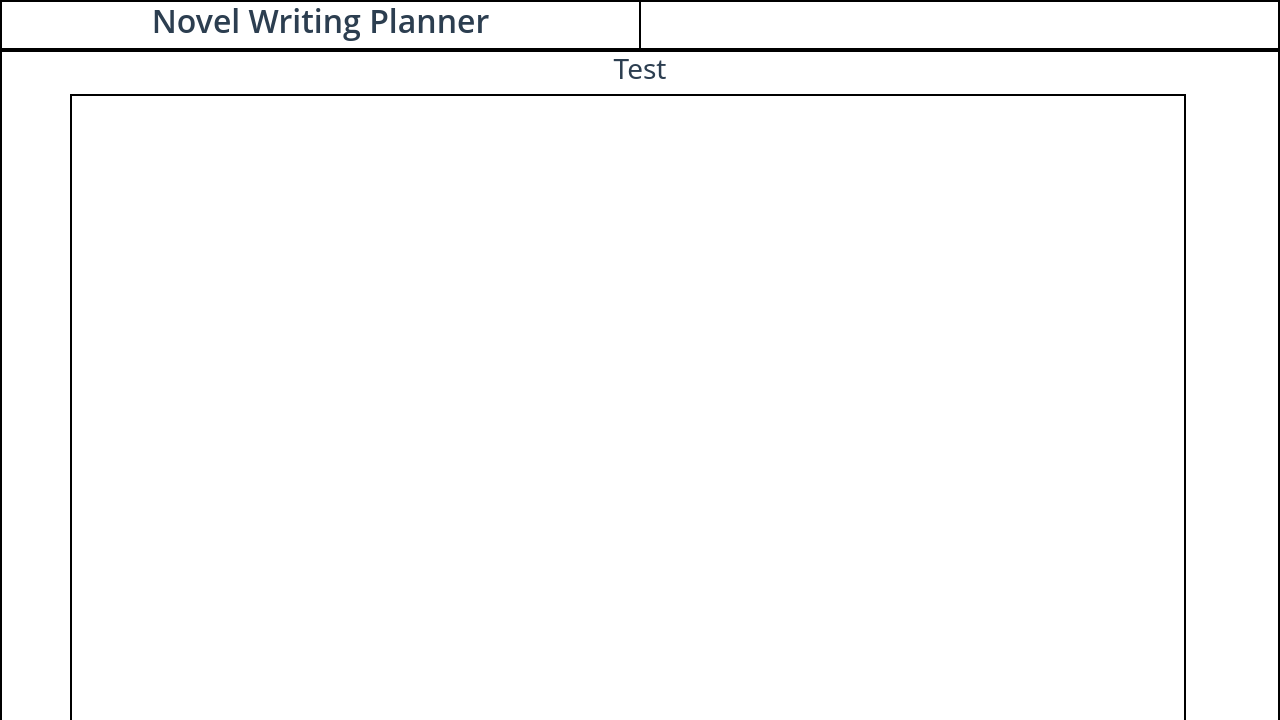
Repository: GossipCoco/RallyeBookV2
Page: /
The author's editor kept a copy of each file at every save. The page is drawn from the files as they stood at one save, then again after the next save.
The browser window is 1280 px wide. The pictures show the whole page.
The page's requests for data from a server got no answer. The project was rebuilt for these pictures with package versions that can differ from the ones it lists, and the page was loaded fresh each time. No one was signed in, and anything a server would have sent is missing. Also part of the build but not shown: vue.config.js, src/api/JwTApi.js, server.js, src/components/PageComponent/Login.vue.

Above is the page before, as saved 2023-12-11 15:37:46.

### src/main.js
import { createApp } from 'vue'
import App from './App.vue'
import Router from './Router/Index'
import axios from 'axios'
import VueAxios from 'vue-axios'
import Vuex from 'vuex'
import store from "./store"
// import io from 'socket.io-client'
import { library } from '@fortawesome/fontawesome-svg-core'
import { faCat, faEnvelope, faGamepad, faHome, faHouseUser, faUser, faUserAlt, faUserCog, faUsers } from '@fortawesome/free-solid-svg-icons'
import { FontAwesomeIcon } from '@fortawesome/fontawesome-free'

import 'bootstrap/dist/css/bootstrap.css'
import './assets/css/Layout.css'
import './assets/css/Card.css'


library.add(faUser, faHouseUser, faGamepad, faUser, faHome, faEnvelope, faUserCog, faCat, faUserAlt, faUsers, faCat)
const app = createApp(App)

app.use(FontAwesomeIcon)
app.use(Vuex)
app.use(store)
app.use(Router)
app.use(VueAxios, axios)
app.mount('#app')

### src/App.vue
<template>
  <div class="container-fluid">
    <div class="row">
      <div class="col-6">
        <h1>Novel Writing Planner</h1>
      </div>
      <div class="col-6"></div>
    </div>
    <div class="row">
      <div class="col-12">
      <router-view></router-view>
      </div>
    </div>
  </div>
</template>

<script>
export default {
  name: "App",
};
</script>

<style>
#app {
  -webkit-font-smoothing: antialiased;
  -moz-osx-font-smoothing: grayscale;
  text-align: center;
  color: #2c3e50;
}
</style>

### src/Router/Index.js
import { createWebHistory, createRouter } from "vue-router";
import Home from '../components/PageComponent/Home.vue'
import Login from '../components/PageComponent/Login.vue'

const routes = [
  {
    path: "/",
    name: "home",
    component: Home,
  },
  {
    path: "/home",
    component: Home,
  },
  {
    path: "/login",
    component: Login,
  },
]

const router = createRouter({
    history: createWebHistory(),
    routes,
  });

  export default router;

### src/store/index.js
import { createStore } from "vuex";
import { auth } from "./auth.module";
export default createStore({
  modules: {
    auth,
  },
  state: {},
  mutations: {},
  actions: {},
});

### src/assets/css/Layout.css
@import './variables.scss';

html,
body {
    height: 100vh;
    overflow-y: hidden;
    overflow-x: hidden;
    scroll-behavior: smooth;
    background-size: cover;
    background-position: 10%;
}
.logo{
    width: 25vh;
}
.login-page{
    overflow: auto;
    height: 55vh;
}
#profile-img{
    width: 20px;
}
h1{
    font-family: var(--opensans-text);
    font-weight: 600;
    font-size: 2rem;
}
.row, .col,
.col-1, .col-2, .col-3, .col-4, .col-5, .col-6, .col-7, .col-8, .col-9, .col-10, .col-11, .col-12{
    border: 1px solid rgba(var(--main-black), 1);
}
main{
    height: 100vh;
    width: 100%;
}

### src/components/PageComponent/Home.vue
<template>
  <div class="container">
    <header class="jumbotron">
      <h3>Test</h3>
    </header>
    <main class="row">
      <div class="col-12">
        <router-view></router-view>
      </div>
    </main>
  </div>
</template>

  <script>
import UserService from "../../Services/user.service";

export default {
  name: "Home",
  data() {
    return {
      content: "",
      user: "coco",
    };
  },
  mounted() {
    UserService.getPublicContent().then(
      (response) => {
        this.content = response.data;
      },
      (error) => {
        this.content =
          (error.response &&
            error.response.data &&
            error.response.data.message) ||
          error.message ||
          error.toString();
      }
    );
  },
};
</script>

### src/store/auth.module.js
import AuthService from '../Services/auth.service';

const user = JSON.parse(localStorage.getItem('user'));
const initialState = user
  ? { status: { loggedIn: true }, user }
  : { status: { loggedIn: false }, user: null };

export const auth = {
  namespaced: true,
  state: initialState,
  actions: {
    login({ commit }, user) {
      return AuthService.login(user).then(
        user => {
          commit('loginSuccess', user);
          return Promise.resolve(user);
        },
        error => {
          commit('loginFailure');
          return Promise.reject(error);
        }
      );
    },
    logout({ commit }) {
      AuthService.logout();
      commit('logout');
    },
    register({ commit }, user) {
      return AuthService.register(user).then(
        response => {
          commit('registerSuccess');
          return Promise.resolve(response.data);
        },
        error => {
          commit('registerFailure');
          return Promise.reject(error);
        }
      );
    }
  },
  mutations: {
    loginSuccess(state, user) {
      state.status.loggedIn = true;
      state.user = user;
    },
    loginFailure(state) {
      state.status.loggedIn = false;
      state.user = null;
    },
    logout(state) {
      state.status.loggedIn = false;
      state.user = null;
    },
    registerSuccess(state) {
      state.status.loggedIn = false;
    },
    registerFailure(state) {
      state.status.loggedIn = false;
    }
  }
};

### src/assets/css/variables.scss
@import './Roboto.css';
@import './OpenSans.css';
@import './MeriendaMedium.css';
@import './MeriendaRegular.css';

:root{
    --opensans-text: 'Open Sans', sans-serif;
    --roboto-text: 'Roboto', sans-serif;

    --main-white: 255, 255, 255;
    --main-black: 0,0,0;
    --main-grey-background: 249, 251, 253;
    --dark-green-01: 0, 75, 66;
    --dark-green-02: 61, 111, 52;
    --middle-green-01: 3, 152, 134;
    --middle-green-02: 58, 174, 134;
    --clear-green-01: 146, 200, 66;
    --clear-green-02: 89, 207, 187;
}

### src/assets/css/Roboto.css
/* roboto */
@font-face {
    font-family: 'Roboto';
    font-style: normal;
    font-weight: 400;
    src: local('../fonts/Roboto/Roboto-Regular.ttf'),
         url('../fonts/Roboto/Roboto-Regular.ttf') format('ttf'), /* Super Modern Browsers */
  }

### src/assets/css/OpenSans.css
@font-face {
    font-family: 'Open Sans';
    font-style: normal;
    font-weight: 400;
    src: local('../fonts/OpenSans/OpenSans-Regular.ttf'),
         url('../fonts/OpenSans/OpenSans-Regular.ttf') format('ttf'), /* Super Modern Browsers */
  }

### src/assets/css/MeriendaMedium.css
@font-face {
    font-family: 'Open Sans';
    font-style: normal;
    font-weight: 400;
    src: local('../fonts/Merienda/Merienda-Medium.ttf'),
         url('../fonts/Merienda/Merienda-Medium.ttf') format('ttf'), /* Super Modern Browsers */
  }

### src/assets/css/MeriendaRegular.css
@font-face {
    font-family: 'Open Sans';
    font-style: normal;
    font-weight: 400;
    src: local('../fonts/Merienda/Merienda-Regular.ttf'),
         url('../fonts/Merienda/Merienda-Regular.ttf') format('ttf'), /* Super Modern Browsers */
  }

### src/Services/user.service.js
import axios from 'axios';
import authHeader from './auth-header';

const API_URL = 'http://localhost:8080/api/test/';

class UserService {
  getPublicContent() {
    return axios.get(API_URL + 'all');
  }

  getUserBoard() {
    return axios.get(API_URL + 'user', { headers: authHeader() });
  }
}

export default new UserService();

### src/Services/auth.service.js
import axios from 'axios';

const API_URL = 'http://localhost:8080/api/auth/';

class AuthService {
  login(user) {
    return axios
      .post(API_URL + 'signin', {
        username: user.username,
        password: user.password
      })
      .then(response => {
        if (response.data.accessToken) {
          localStorage.setItem('user', JSON.stringify(response.data));
        }

        return response.data;
      });
  }

  logout() {
    localStorage.removeItem('user');
  }

  register(user) {
    return axios.post(API_URL + 'signup', {
      username: user.username,
      email: user.email,
      password: user.password
    });
  }
}

export default new AuthService();

### src/Services/auth-header.js
export default function authHeader() {
    let user = JSON.parse(localStorage.getItem('user'));

    if (user && user.accessToken) {
      return { Authorization: 'GossipCoco ' + user.accessToken };
    } else {
      return {};
    }
  }

Loaded but not shown: public/index.html (common file); src/assets/css/Card.css (common file)

After the next save:
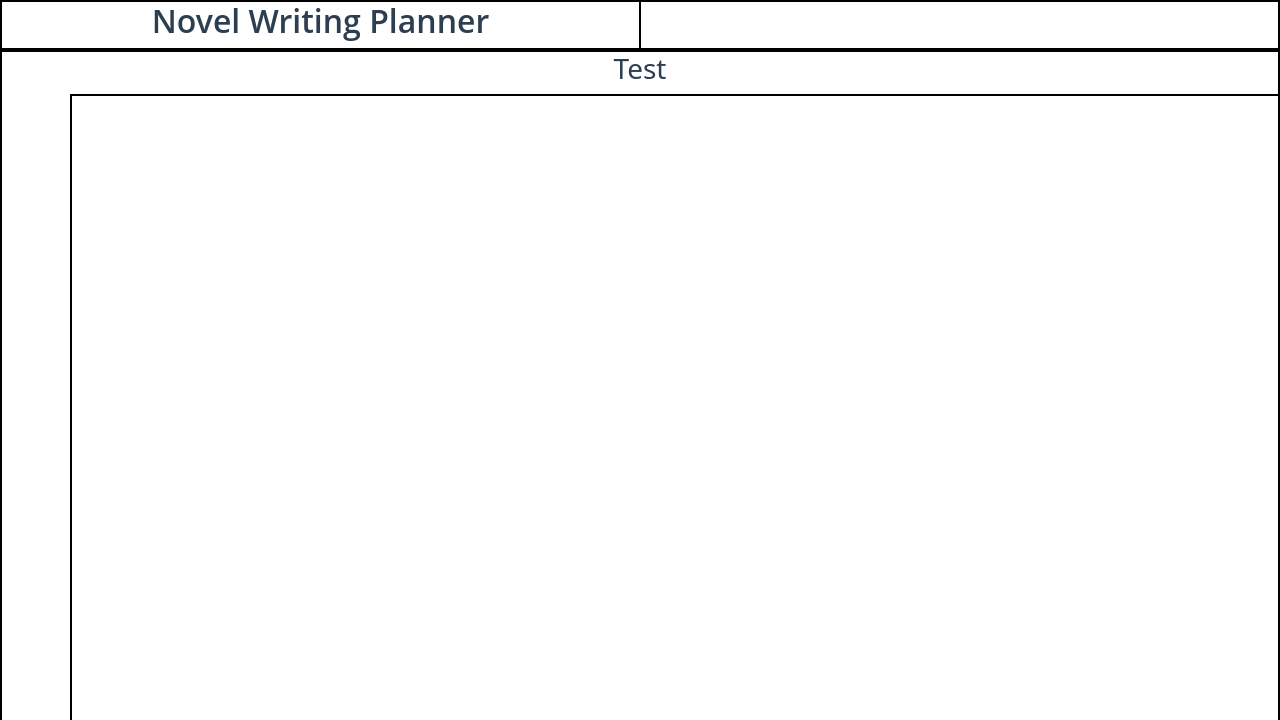
Saved 5 s later.
--- a/src/assets/css/Layout.css
+++ b/src/assets/css/Layout.css
@@ -30,5 +30,5 @@ h1{
 }
 main{
     height: 100vh;
-    width: 100%;
+    width: 120%;
 }
